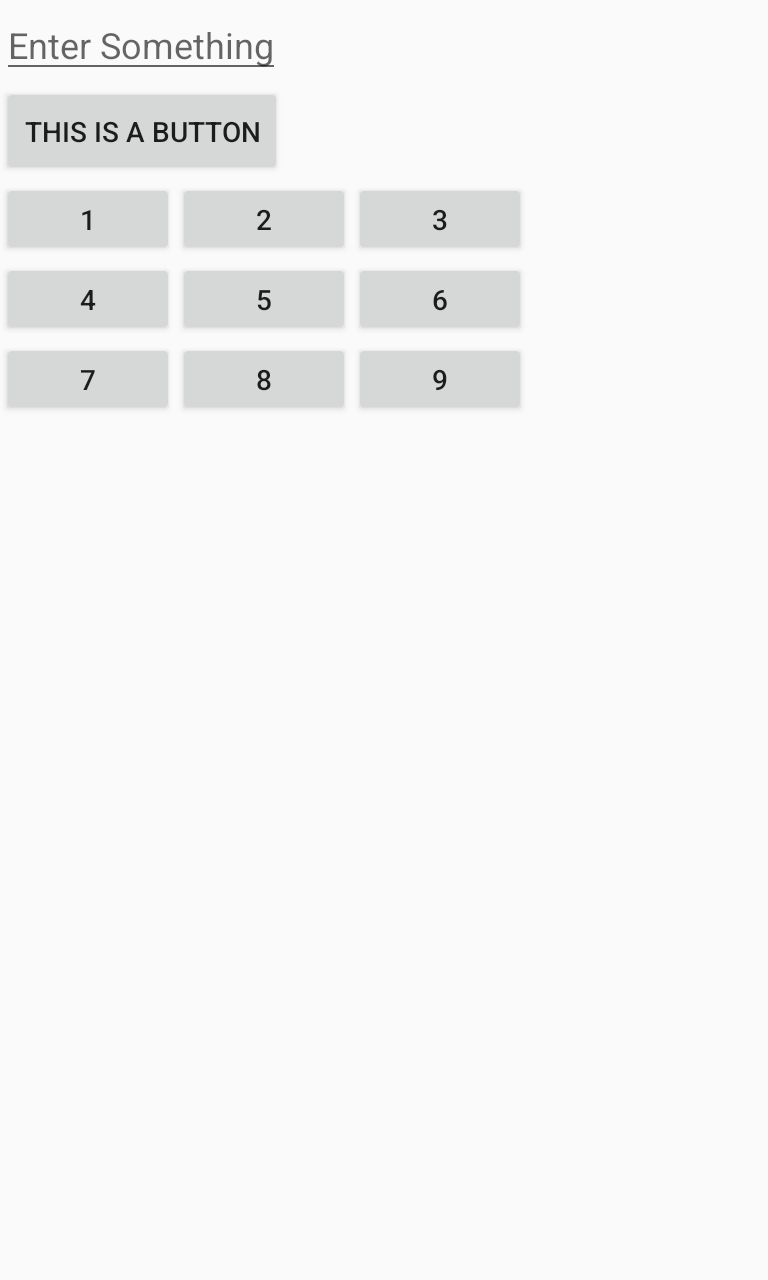
Repository: apoorvelec/AndroidApps
Layout: Calculator/res/layout/activity_main.xml
An editor plug-in stored every save of this project. The layout is shown before and after the next save, followed by the edit.
It is drawn on a 768 x 1280 px phone screen (xhdpi) without system bars, with theme AppTheme; the app's code is not run.

Above is the layout before, as saved 2016-05-17 00:50:54.

### Calculator/res/layout/activity_main.xml
<?xml version="1.0" encoding="utf-8"?>
<LinearLayout xmlns:android="http://schemas.android.com/apk/res/android"
   android:layout_width="fill_parent"
   android:layout_height="fill_parent"
   android:orientation="vertical" >

   <EditText android:id="@+id/text"
      android:layout_width="wrap_content"
      android:layout_height="wrap_content"
      android:hint="Enter Something" />

   <Button android:id="@+id/button"
      android:layout_width="wrap_content"
      android:layout_height="wrap_content"
      android:text="This is a Button" />

   <!-- More GUI components go here  -->
   <LinearLayout android:layout_width="fill_parent"
   android:layout_height="40dp"
   android:orientation="horizontal" >
   	<Button android:id="@+id/button1"
      android:layout_width="wrap_content"
      android:layout_height="wrap_content"
      android:text="1" />
   	<Button android:id="@+id/button2"
      android:layout_width="wrap_content"
      android:layout_height="wrap_content"
      android:text="2" />
   	<Button android:id="@+id/button3"
      android:layout_width="wrap_content"
      android:layout_height="wrap_content"
      android:text="3" />
   </LinearLayout>

   <LinearLayout android:layout_width="fill_parent"
   android:layout_height="40dp"
   android:orientation="horizontal" >
   	<Button android:id="@+id/button4"
      android:layout_width="wrap_content"
      android:layout_height="wrap_content"
      android:text="4" />
   	<Button android:id="@+id/button5"
      android:layout_width="wrap_content"
      android:layout_height="wrap_content"
      android:text="5" />
   	<Button android:id="@+id/button6"
      android:layout_width="wrap_content"
      android:layout_height="wrap_content"
      android:text="6" />
   </LinearLayout>

   <LinearLayout android:layout_width="fill_parent"
   android:layout_height="40dp"
   android:orientation="horizontal" >
   	<Button android:id="@+id/button7"
      android:layout_width="wrap_content"
      android:layout_height="wrap_content"
      android:text="7" />
   	<Button android:id="@+id/button8"
      android:layout_width="wrap_content"
      android:layout_height="wrap_content"
      android:text="8" />
   	<Button android:id="@+id/button9"
      android:layout_width="wrap_content"
      android:layout_height="wrap_content"
      android:text="9" />
   </LinearLayout>

</LinearLayout>

Loaded but not shown: Calculator/res/values/styles.xml (common file); Calculator/res/values-v11/styles.xml (common file); Calculator/res/values-v14/styles.xml (common file)

After the next save:
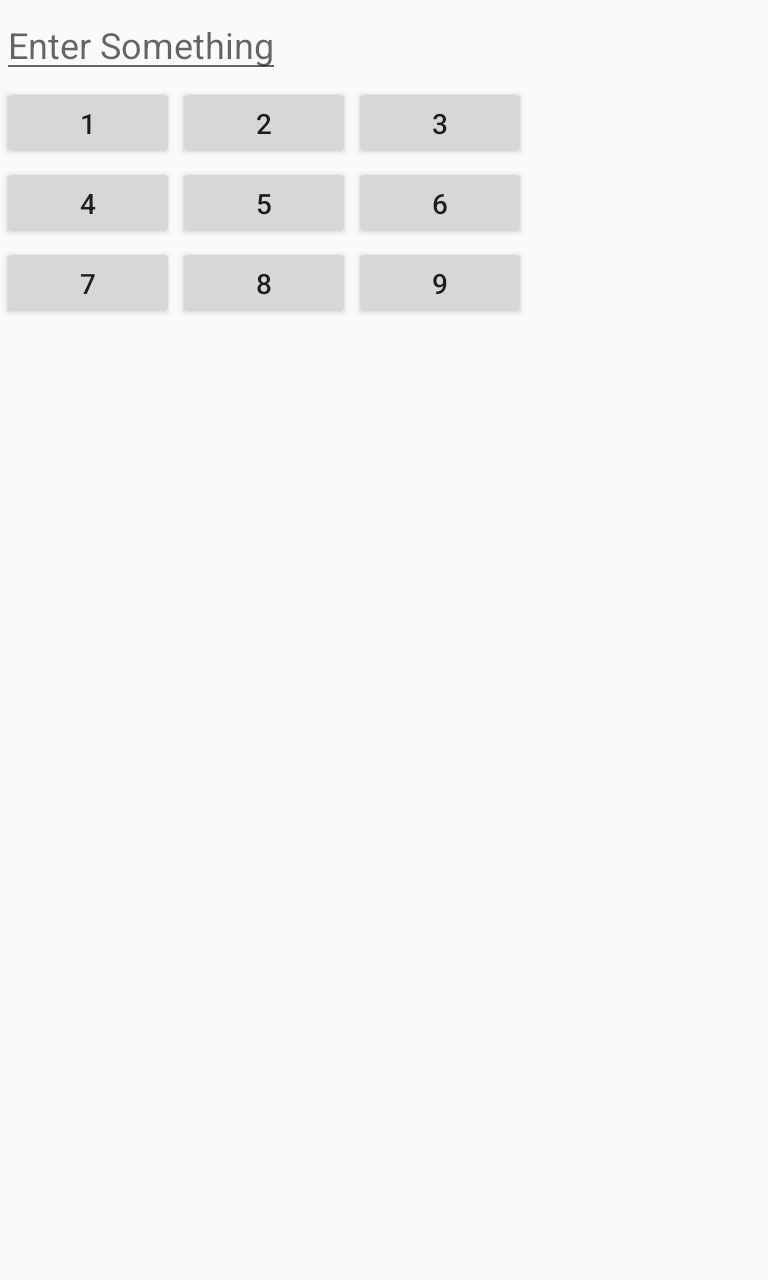
Saved 112 s later.
--- a/Calculator/res/layout/activity_main.xml
+++ b/Calculator/res/layout/activity_main.xml
@@ -8,11 +8,6 @@
       android:layout_width="wrap_content"
       android:layout_height="wrap_content"
       android:hint="Enter Something" />
-
-   <Button android:id="@+id/button"
-      android:layout_width="wrap_content"
-      android:layout_height="wrap_content"
-      android:text="This is a Button" />
 
    <!-- More GUI components go here  -->
    <LinearLayout android:layout_width="fill_parent"
